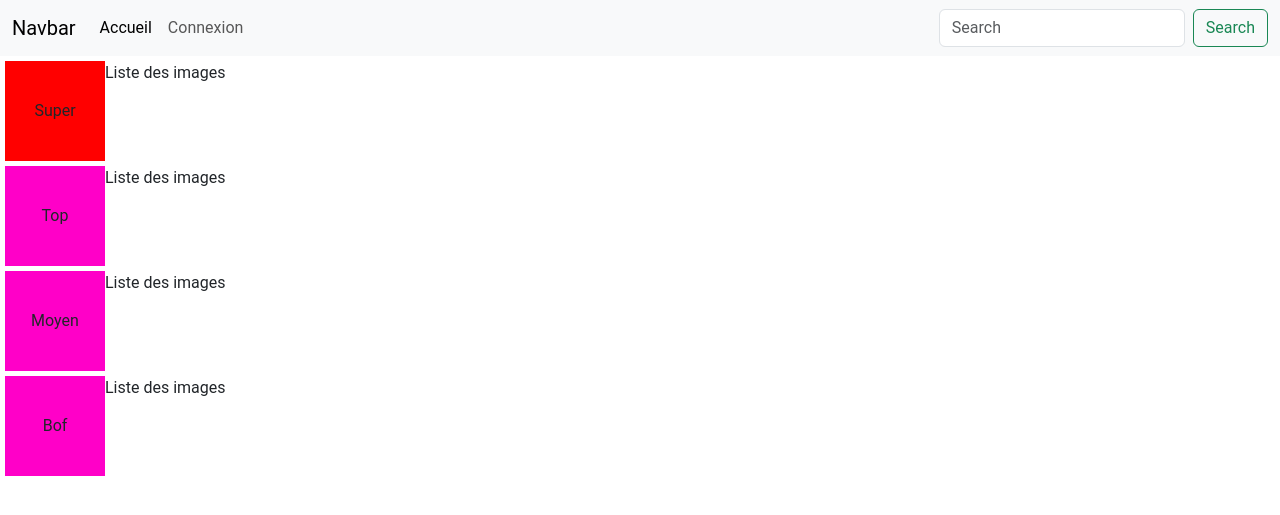
Repository: tecouz/Angular
Page: / (app in projet Angular/demo-angular-dfs2-g2/)
These files come from the project's save history. The page is drawn as it stood at one moment and after the next save; the edit follows.
The browser window is 1280 px wide. The pictures show the whole page.
The project was rebuilt for these pictures with package versions that can differ from the ones it lists, and the page was loaded fresh each time. Also part of the build but not shown: projet Angular/demo-angular-dfs2-g2/angular.json, projet Angular/demo-angular-dfs2-g2/src/app/pages/connexion/connexion.component.ts, projet Angular/demo-angular-dfs2-g2/src/app/pages/page404/page404.component.ts.

Above is the page before, as saved 2024-11-25 11:50:20.

After the next save:
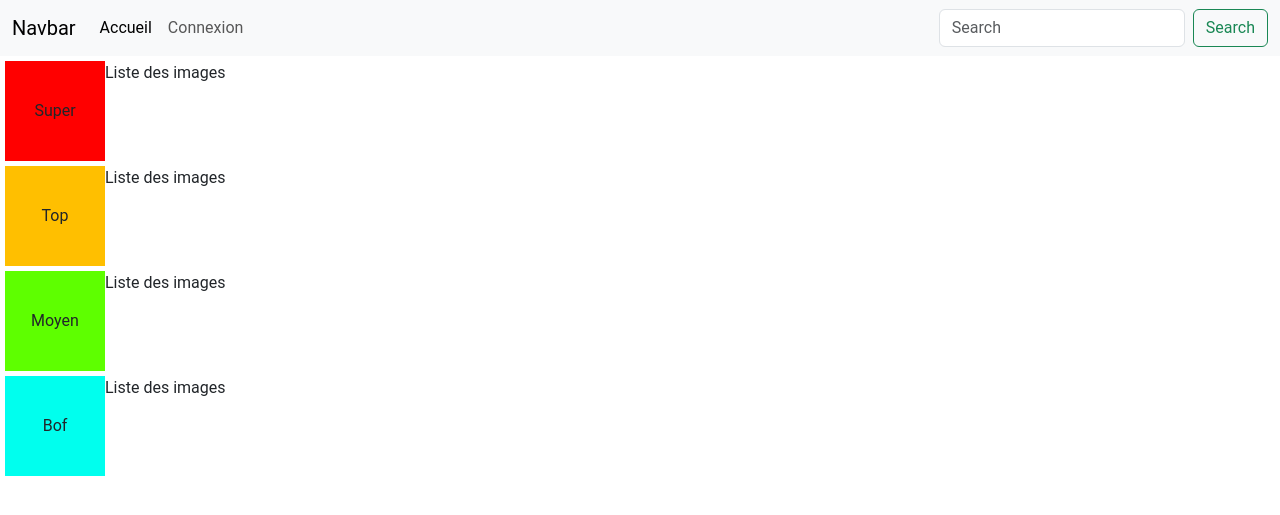
Saved 86 s later.
--- a/projet Angular/demo-angular-dfs2-g2/src/app/pages/accueil/accueil.component.scss
+++ b/projet Angular/demo-angular-dfs2-g2/src/app/pages/accueil/accueil.component.scss
@@ -1,19 +1,37 @@
-.categorie{
+.categorie {
     display: flex;
     margin: 5px;
 
-    .en-tete{
-        width: 100px;
-        height: 100px;
-        background-color: #ff00c8;
-        display: flex;
-        align-items: center;
-        justify-content: center;
+    .en-tete {
+      width: 100px;
+      height: 100px;
+      background-color: #ff00c8;
+      display: flex;
+      align-items: center;
+      justify-content: center;
     }
 
-    &:nth-child(1){
-        .en-tete{
-            background-color: red;
-        }
+    &:nth-child(1) .en-tete {
+      background-color: #ff0000;
     }
-}
+
+    &:nth-child(2) .en-tete {
+      background-color: #ffbf00;
+    }
+
+    &:nth-child(3) .en-tete {
+      background-color: #5eff00;
+    }
+
+    &:nth-child(4) .en-tete {
+      background-color: #00ffee;
+    }
+
+    &:nth-child(5) .en-tete {
+      background-color: #1900ff;
+    }
+
+    &:nth-child(6) .en-tete {
+      background-color: #d000ff;
+    }
+  }
